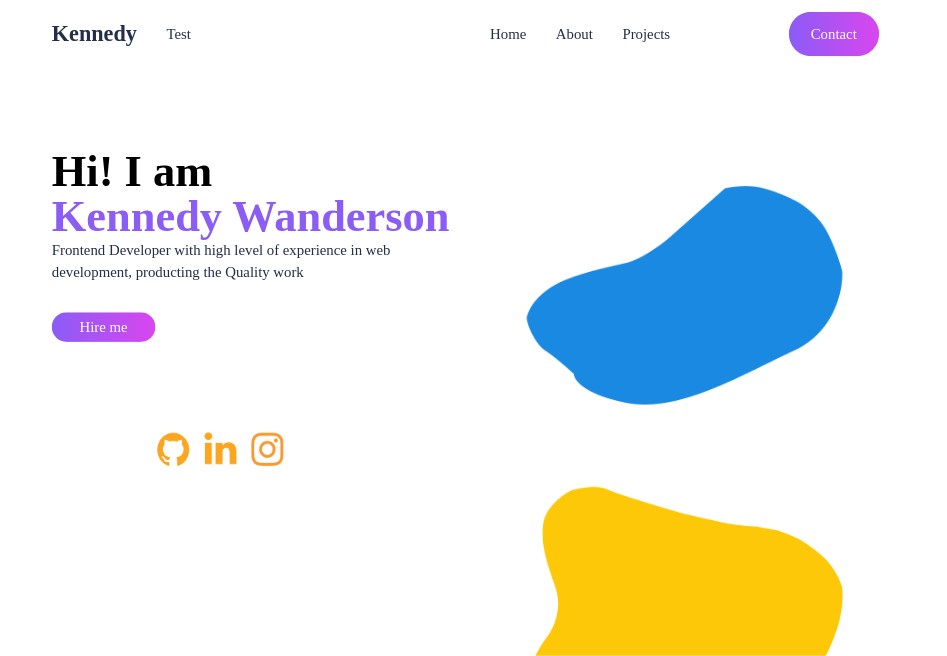
Repository: KennedyWanderson/portfolio
Page: /
The author's editor kept a copy of each file at every save. The page is drawn from the files as they stood at one save, then again after the next save.
The browser window is 1280 px wide. The pictures show the whole page, at 74% of full size.
Some web fonts or font styles are not loaded; a fallback is used. The project was rebuilt for these pictures with package versions that can differ from the ones it lists, and the page was loaded fresh each time.

Above is the page before, as saved 2024-01-17 11:29:51.

After the next save:
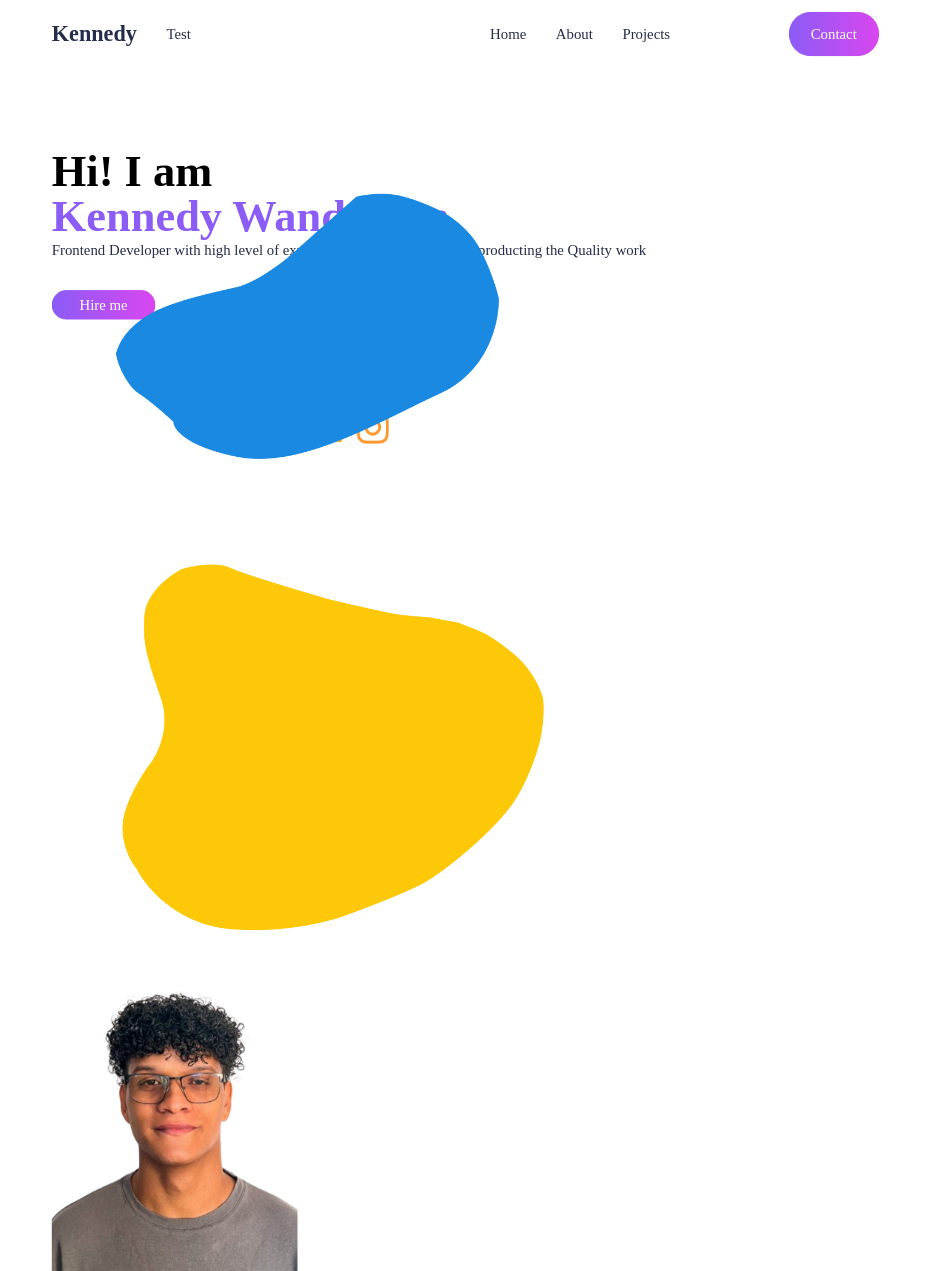
Saved 6 s later.
--- a/src/Components/About/About.jsx
+++ b/src/Components/About/About.jsx
@@ -32,7 +32,7 @@
                     </a>
                 </div>
             </div>
-            <div className="flex-1 relative z-[1] absolute">
+            <div className="flex-1 z-[1] absolute">
                     <img className="scale-75 left-neg-15 top-neg-9" src={Vector1} alt="" />
                     <img className="scale-75 top-neg-4.6rem left-neg-3" src={Vector2} alt="" />
                     <img className="scale-145 left-28" src={Profile} alt="" />

After the save that followed:
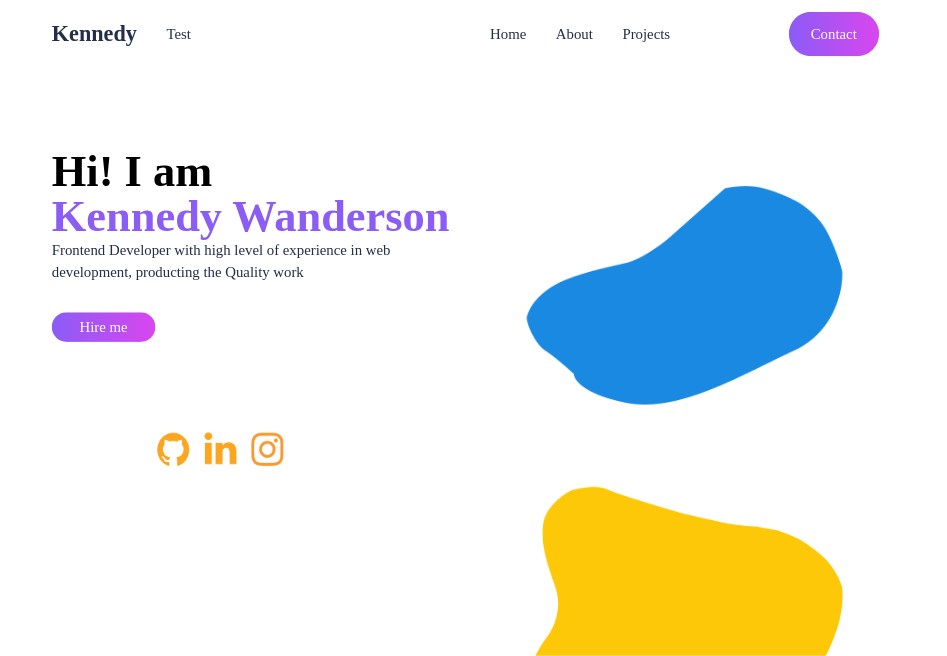
Saved 26 s later.
--- a/src/Components/About/About.jsx
+++ b/src/Components/About/About.jsx
@@ -32,7 +32,7 @@
                     </a>
                 </div>
             </div>
-            <div className="flex-1 z-[1] absolute">
+            <div className="flex-1 z-[1] relative">
                     <img className="scale-75 left-neg-15 top-neg-9" src={Vector1} alt="" />
                     <img className="scale-75 top-neg-4.6rem left-neg-3" src={Vector2} alt="" />
                     <img className="scale-145 left-28" src={Profile} alt="" />
